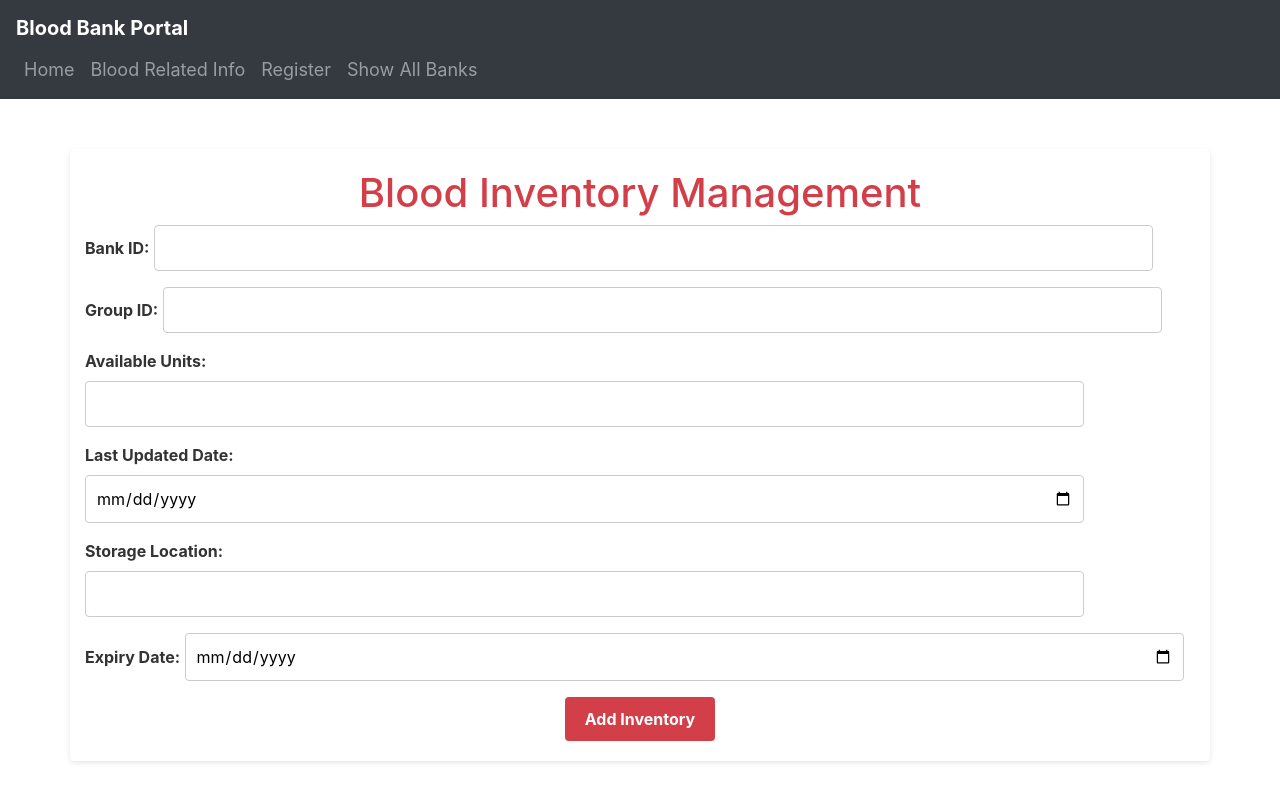
Repository: omi4535/Decentralized_Blood_Bank_System
Page: http://localhost/blood_bank_system/insert_inventory.jsp
An editor plug-in stored every save of this project. The page is shown before and after the next save, followed by the edit.
The browser window is 1280 px wide. The pictures show the whole page.
The page is served by Tomcat 9.

Above is the page before, as saved 2023-07-04 20:54:13.

After the next save:
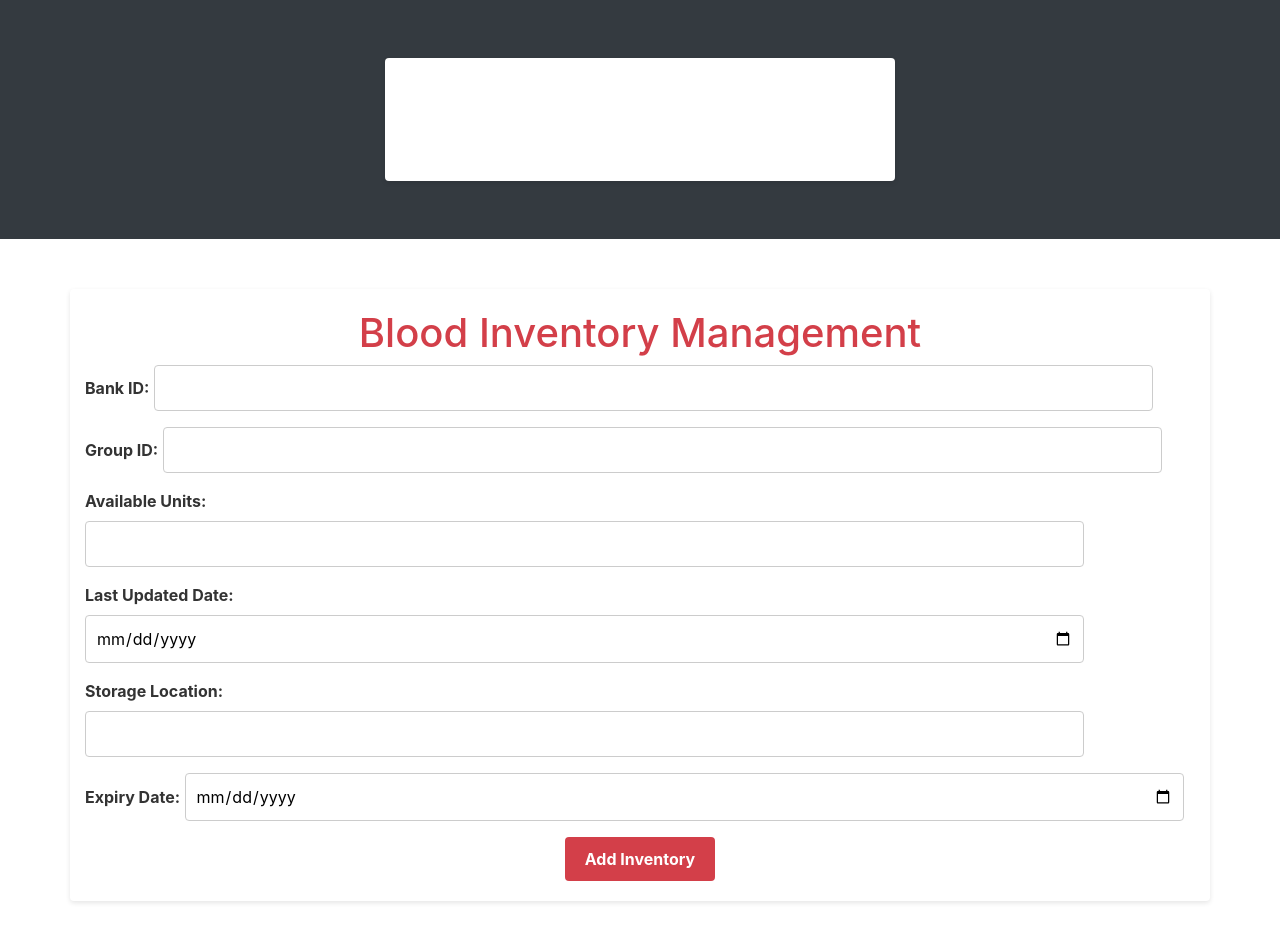
Saved 10 s later.
--- a/blood bank system/src/main/webapp/NavBar.jsp
+++ b/blood bank system/src/main/webapp/NavBar.jsp
@@ -70,7 +70,7 @@
 </head>
 <body>
     <nav class="navbar navbar-expand-lg navbar-dark bg-dark">
-        <div class="containe">
+        <div class="cont">
             <a class="navbar-brand" href="index.jsp">Blood Bank Portal</a>
             <button class="navbar-toggler" type="button" data-toggle="collapse" data-target="#navbarNav" aria-controls="navbarNav" aria-expanded="false" aria-label="Toggle navigation">
                 <span class="navbar-toggler-icon"></span>

After the save that followed:
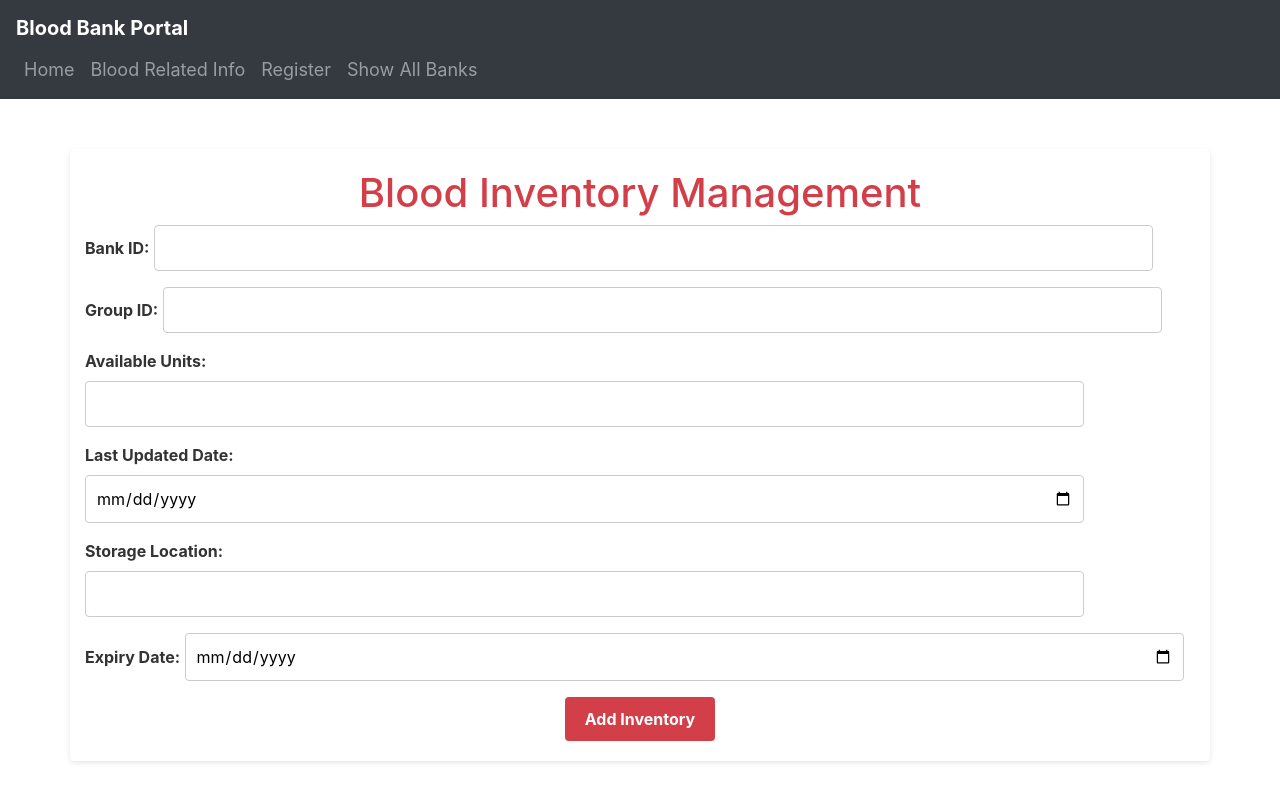
Saved 36 s later.
--- a/blood bank system/src/main/webapp/NavBar.jsp
+++ b/blood bank system/src/main/webapp/NavBar.jsp
@@ -15,62 +15,12 @@
         .navbar-nav .nav-link {
             font-size: 18px;
         }
-        .cont {
-    max-width: 600px;
-    margin: 50px auto;
-    padding: 20px;
-    background-color: #fff;
-    box-shadow: 0 2px 5px rgba(0, 0, 0, 0.1);
-    border-radius: 4px;
-    text-align: center;
-    color: #333;
-}
-
-.cont h1 {
-    color: #d33f49;
-    margin-bottom: 20px;
-}
-
-.cont .form-group {
-    margin-bottom: 20px;
-    text-align: left;
-}
-
-.cont label {
-    display: block;
-    margin-bottom: 5px;
-    font-weight: bold;
-}
-
-.cont input[type="text"],
-.cont input[type="date"] {
-    width: 100%;
-    padding: 10px;
-    border: 1px solid #ccc;
-    border-radius: 4px;
-    box-sizing: border-box;
-    font-size: 16px;
-}
-
-.cont input[type="submit"] {
-    background-color: #d33f49;
-    color: #fff;
-    border: none;
-    padding: 10px 20px;
-    border-radius: 4px;
-    cursor: pointer;
-    font-size: 16px;
-}
-
-.cont input[type="submit"]:hover {
-    background-color: #c32d3b;
-}
 
     </style>
 </head>
 <body>
     <nav class="navbar navbar-expand-lg navbar-dark bg-dark">
-        <div class="cont">
+        <div class="containe">
             <a class="navbar-brand" href="index.jsp">Blood Bank Portal</a>
             <button class="navbar-toggler" type="button" data-toggle="collapse" data-target="#navbarNav" aria-controls="navbarNav" aria-expanded="false" aria-label="Toggle navigation">
                 <span class="navbar-toggler-icon"></span>
